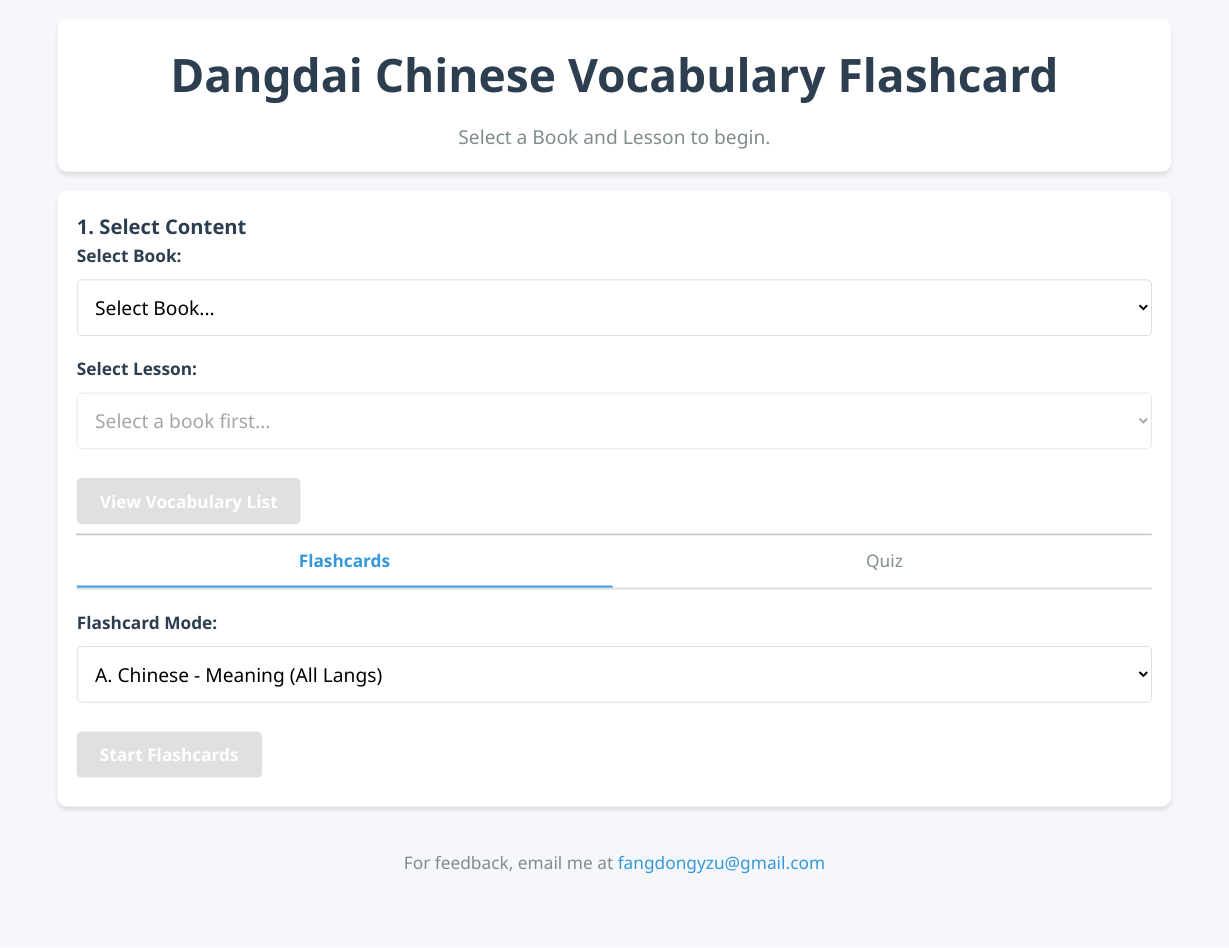
Repository: fangdongyzu/dangdaiflashcards
Page: index.html
These files come from the project's save history. The page is drawn as it stood at one moment and after a run of saves; the edit follows.
The browser window is 1280 px wide. The pictures show the whole page, at 96% of full size.

Above is the page before, as saved 2025-11-28 00:56:42.

After the next 3 saves:
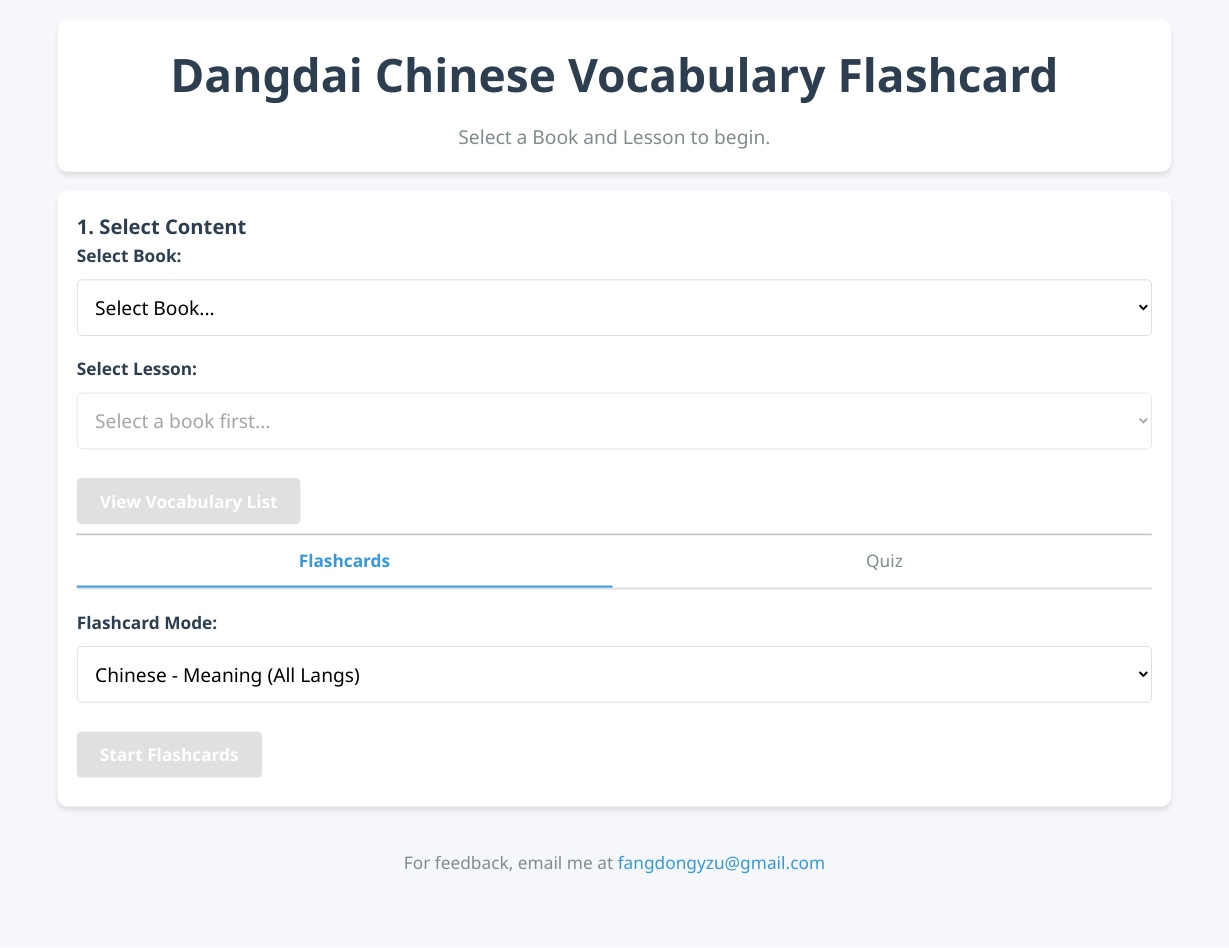
The 3 saves are shown as one change because they came seconds apart.
The last was saved 2 min 35 s later.
--- a/index.html
+++ b/index.html
@@ -56,9 +56,9 @@
                     <div class="form-group">
                         <label for="flashcard-mode">Flashcard Mode:</label>
                         <select id="flashcard-mode">
-                            <option value="chinese-meaning">A. Chinese - Meaning (All Langs)</option>
-                            <option value="meaning-chinese">A. Meaning (All Langs) - Chinese</option>
-                            <option value="pinyin-chinese">A. Pinyin - Chinese</option>
+                            <option value="chinese-meaning">Chinese - Meaning (All Langs)</option>
+                            <option value="meaning-chinese">Meaning (All Langs) - Chinese</option>
+                            <option value="pinyin-chinese">Pinyin - Chinese</option>
                         </select>
                     </div>
                     <button id="start-flashcards-btn" class="btn primary" disabled>Start Flashcards</button>
